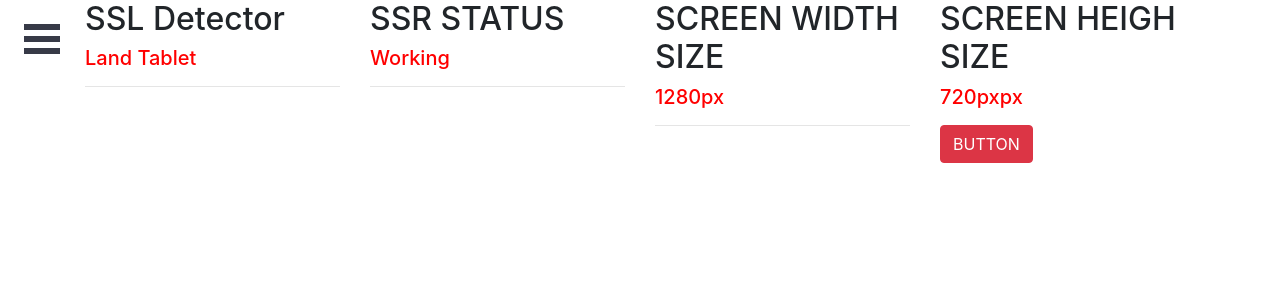
Repository: adrihle/screen-detector-nextpwa
Page: /
An editor plug-in stored every save of this project. The page is shown before and after the next save, followed by the edit.
The browser window is 1280 px wide. The pictures show the whole page.
The project was rebuilt for these pictures with package versions that can differ from the ones it lists, and the page was loaded fresh each time. The framework's server and built-in components were replaced by stand-ins that run in the browser. Imported but missing from the stored project, and not drawn on this page: pages/_document.

Above is the page before, as saved 2020-12-29 18:41:20.

After the next save:
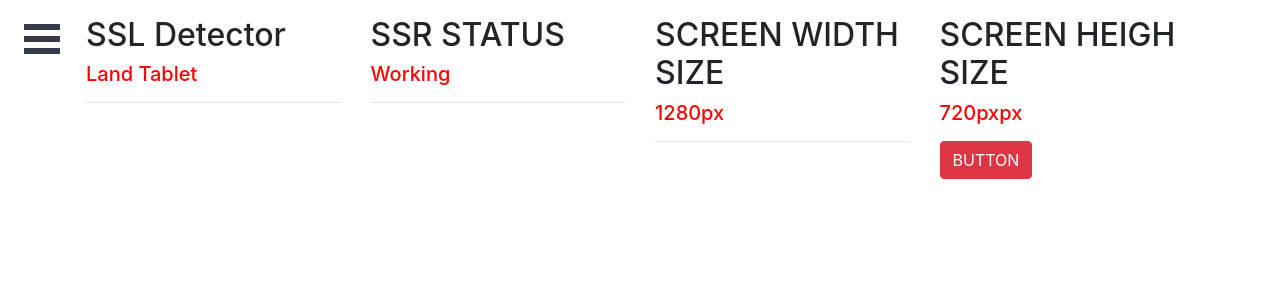
Saved 62 s later.
--- a/pages/index.js
+++ b/pages/index.js
@@ -7,7 +7,7 @@ const Index = ({ server, measures, screen }) => {
 
 
   return (
-    <div  className='container'>
+    <div  className='container p-3'>
       <div className='row' id='content'>
         <div className="col-md-6 col-lg-3">
           <h2>SSL Detector</h2>
